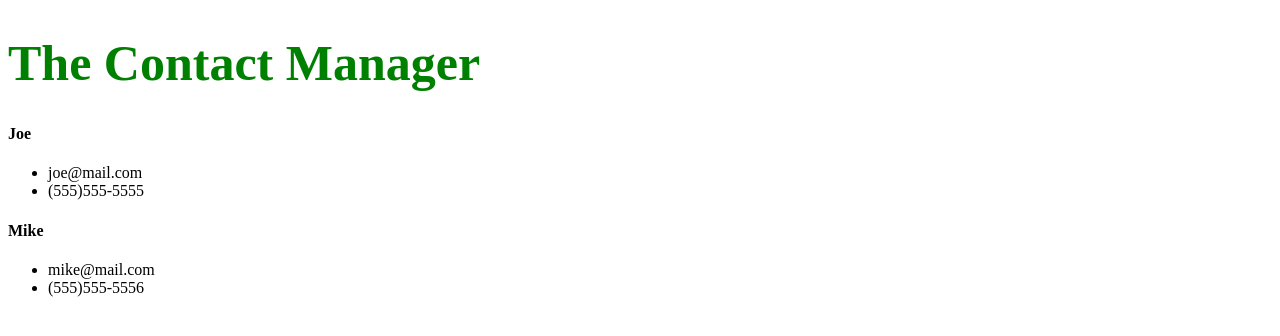
Repository: MikeTroianello/Contact-Manager
Page: /about
An editor plug-in stored every save of this project. The page is shown before and after the next save, followed by the edit.
The browser window is 1280 px wide. The pictures show the whole page.
The project was rebuilt for these pictures with package versions that can differ from the ones it lists, and the page was loaded fresh each time. Also part of the build but not shown: src/App.css.

Above is the page before, as saved 2019-05-19 00:08:16.

After the next save:
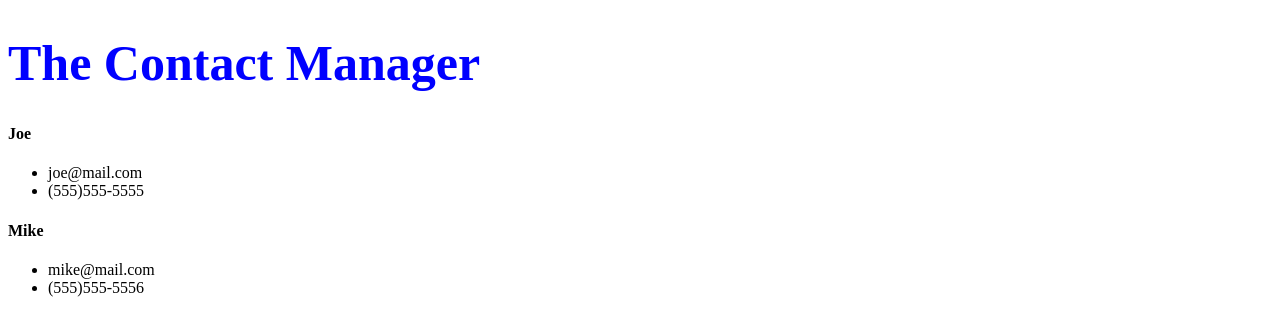
Saved 5 s later.
--- a/src/components/Header.js
+++ b/src/components/Header.js
@@ -19,7 +19,7 @@ Header.propTypes = {
 };
 
 const headingStyle = {
-  color: "green",
+  color: "blue",
   fontSize: "50px"
 };
 
